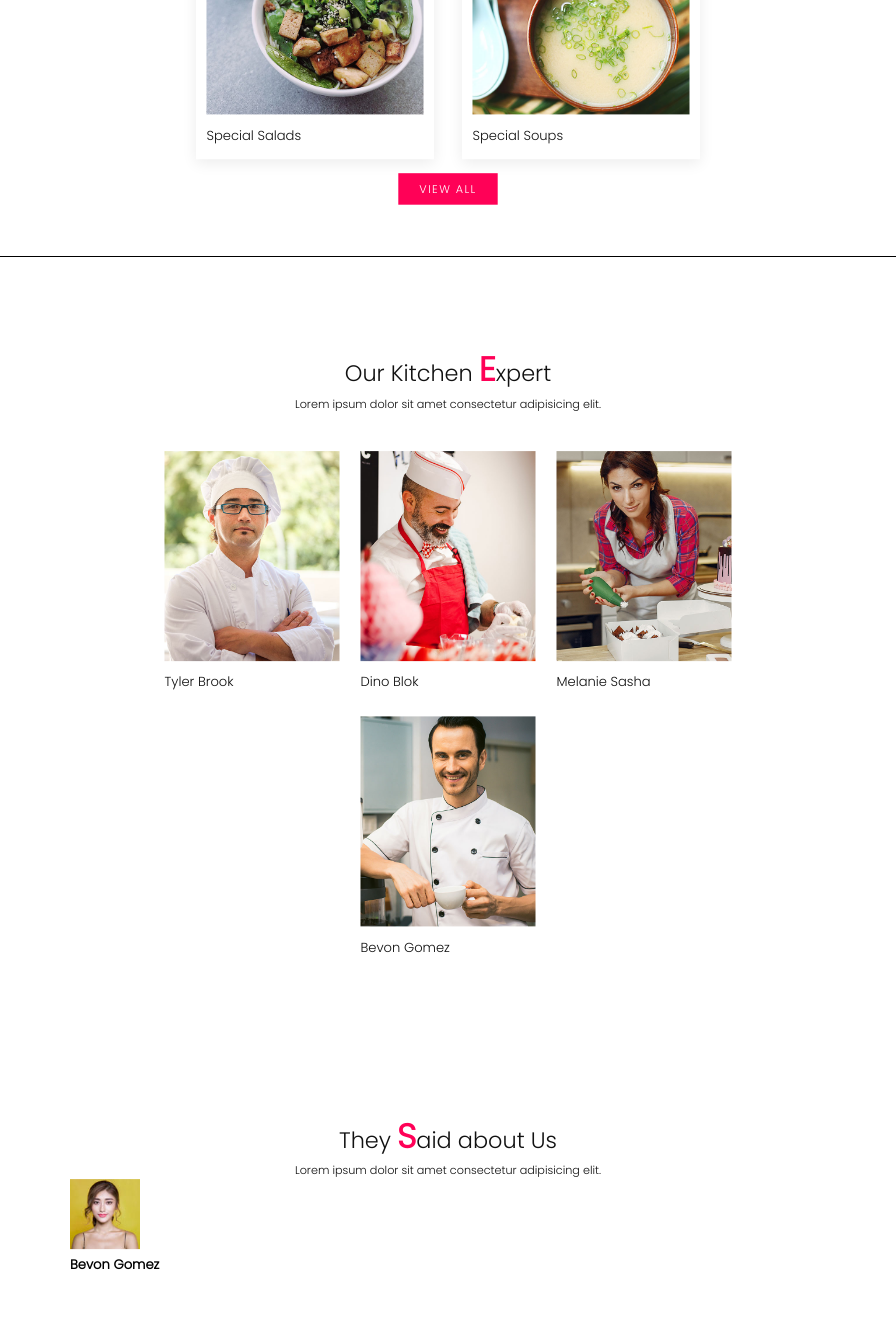
Repository: Adriandias1997/MobileFriendly_FoodWebsite
Page: index.html
These files come from the project's save history. The page is drawn as it stood at one moment and after the next save; the edit follows.
The browser window is 1280 px wide. The pictures show the part of the page from y = 2539 to 4459 px (the page is 4459 px tall before and 4455 px after), at 70% of full size.

Above is the page before, as saved 2020-10-16 17:13:14.

After the next save:
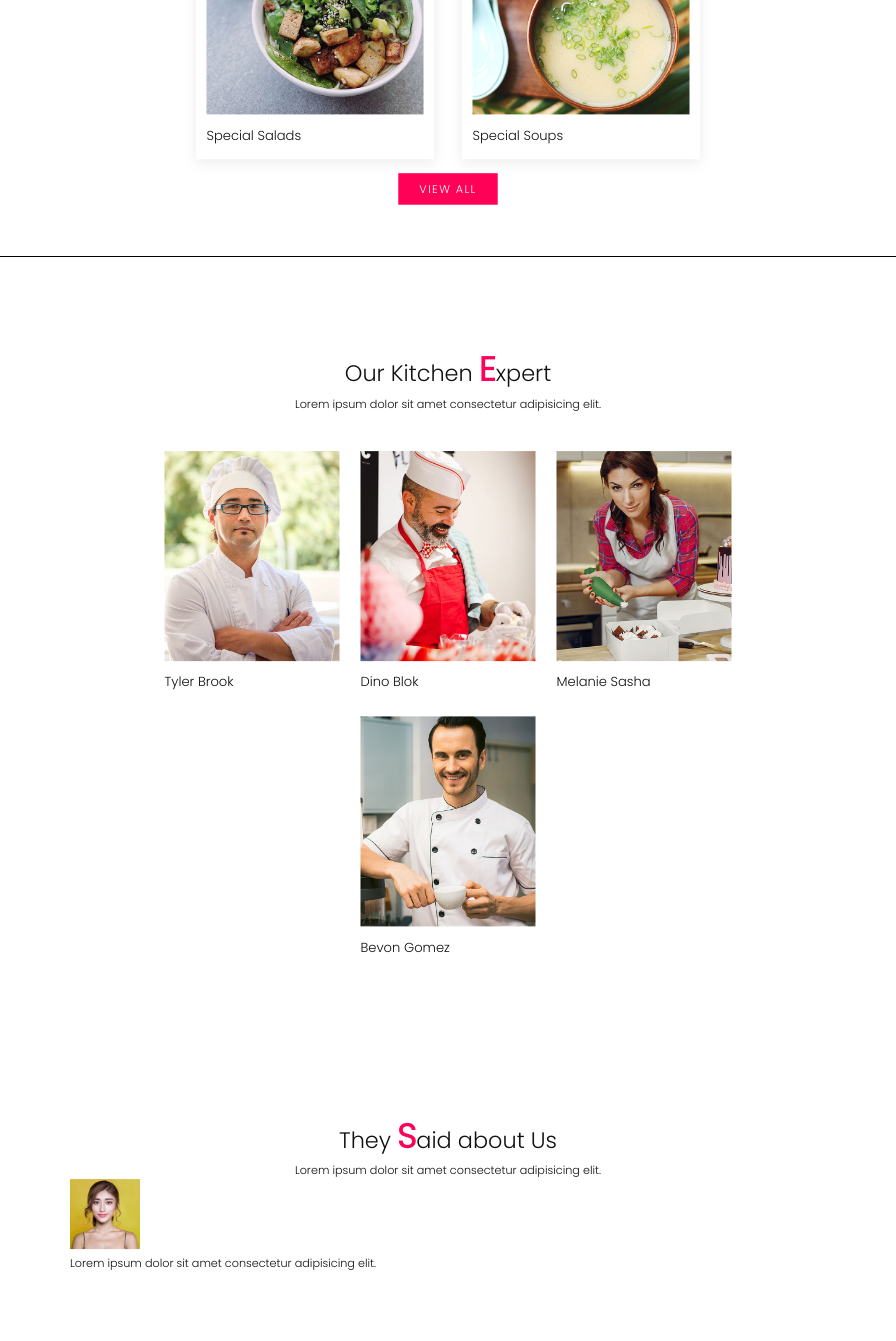
Saved 23 s later.
--- a/index.html
+++ b/index.html
@@ -164,7 +164,8 @@
                     <img src="Images/testi1.jpg" alt="">
                 </div>
                 <div class="text">
-                    <h3>Bevon Gomez</h3>
+                    <p>Lorem ipsum dolor sit amet consectetur adipisicing elit.
+                    </p>
                 </div>
             </div>
         </div>
